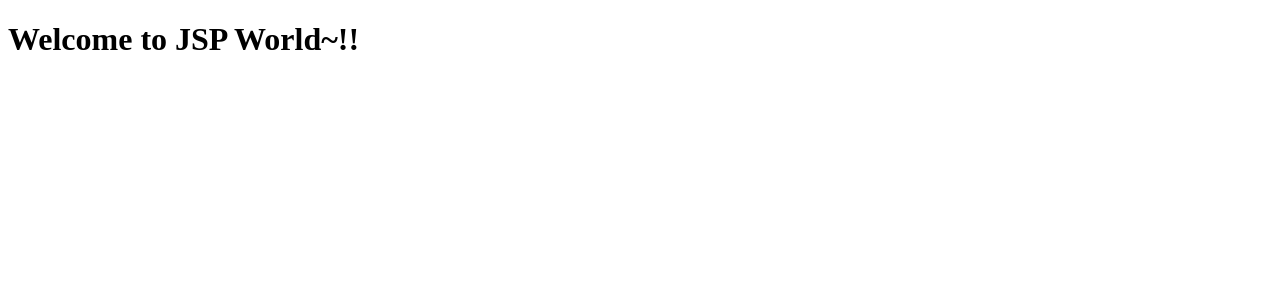
Repository: dtkd19/jsp-jstl_241022
Page: http://localhost/jsp_study/index.jsp
An editor plug-in stored every save of this project. The page is shown before and after the next save, followed by the edit.
The browser window is 1280 px wide. The pictures show the whole page.
The page is served by Tomcat 9. Other server files are loaded and not shown.

Above is the page before, as saved 2024-10-22 02:38:11.

### jsp_study/src/main/webapp/index.jsp
<%@ page language="java" contentType="text/html; charset=UTF-8"
    pageEncoding="UTF-8"%>
<!DOCTYPE html>
<html>
<head>
<meta charset="UTF-8">
<title>Insert title here</title>
</head>
<body>
	<h1>Welcome to JSP World~!!</h1>
</body>
</html>

After the next save:
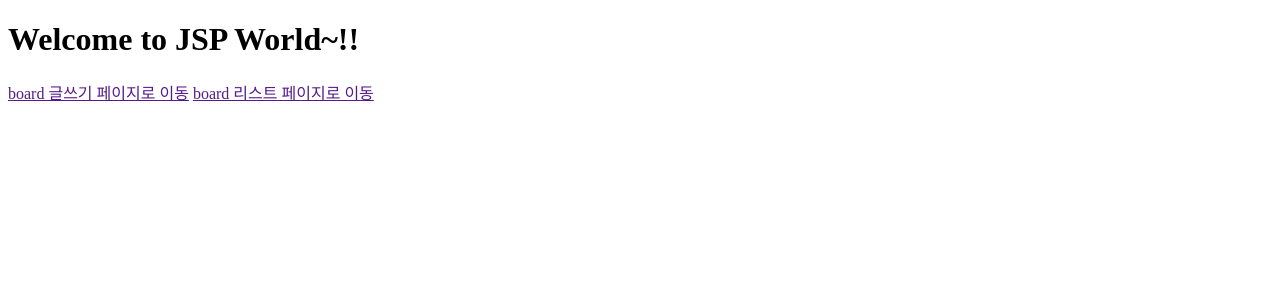
Saved 94 min 24 s later.
--- a/jsp_study/src/main/webapp/index.jsp
+++ b/jsp_study/src/main/webapp/index.jsp
@@ -8,5 +8,7 @@
 </head>
 <body>
 	<h1>Welcome to JSP World~!!</h1>
+	<a href="">board 글쓰기 페이지로 이동</a>
+	<a href="">board 리스트 페이지로 이동</a>
 </body>
 </html>
